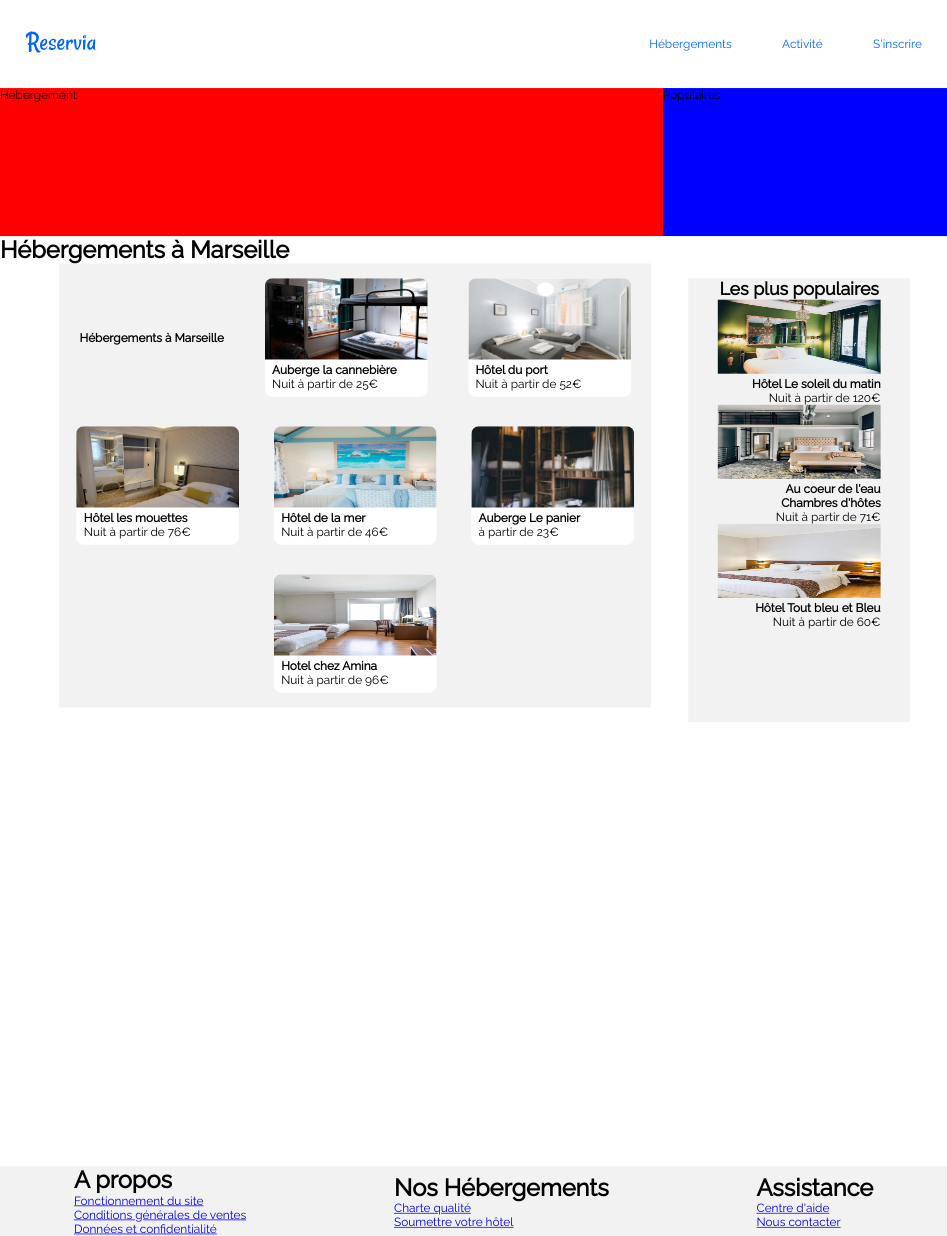
Repository: SoumareHarona/Soumaraharona_P2_18052021
Page: reservia.html
The author's editor kept a copy of each file at every save. The page is drawn from the files as they stood at one save, then again after the next save.
The browser window is 1280 px wide. The pictures show the whole page, at 74% of full size.

Above is the page before, as saved 2021-06-14 15:56:36.

### reservia.html
<!DOCTYPE html>
<html lang="fr">
    <head>
        <link rel="preconnect" href="https://fonts.gstatic.com">
        <link href="https://fonts.googleapis.com/css2?family=Raleway:wght@100&display=swap" rel="stylesheet">
        <meta charset="utf-8">
        <title>Réservia</title>
        <link rel="stylesheet" href="style.css">
        <link rel="icon" type="image/png" sizes="16x16" href="images/logo/Reservia@3x.png">
    </head>

    <body>
        <header>

            <nav class="navbar">
                <ul>
                    <li class="navbar-logo"><a href="#"><img class="logo" src="images/logo/Reservia.svg"></a></li>
                    <li class="=navbar-links"><a href="#">Hébergements</a></li>
                    <li class="navbar-links"><a href="#">Activité</a></li>
                    <li class="navbar-links"><a href="#">S'inscrire</a></li>
                </ul>
            </nav>

        </header>

        <div class="hebEtPop" style="display: flex;">
            <div class="heb" style="background-color: red;height: 200px;">Hebergement</div>
            <div class="pop" style="background-color: blue;height: 200px;">Populaires</div>
        </div>

        <div><h1>Hébergements à Marseille</h1></div>


            <div id="hebergements">
                <div class="titre"><p><b>Hébergements à Marseille</b></p></div>
                <div class="items">
                    <a href="#"><img class="mosaique" src="images/hebergements/4_small/marcus-loke-WQJvWU_HZFo-unsplash.jpg" alt="" ></a>
                    <p><b>Auberge la cannebière</b><br>Nuit à partir de 25€</p>
                </div>

                <div class="items">
                    <a href="#"><img class="mosaique" src="images/hebergements/4_small/fred-kleber-gTbaxaVLvsg-unsplash.jpg" alt="" ></a>
                    <p><b>Hôtel du port</b><br> Nuit à partir de 52€</p>
                </div>

                <div class="items">
                    <a href="#"><img class="mosaique" src="images/hebergements/4_small/reisetopia-B8WIgxA_PFU-unsplash.jpg" alt="" ></a>
                    <p><b>Hôtel les mouettes</b><br>Nuit à partir de 76€</p>
                </div>

                <div class="items">
                    <a href="#"><img class="mosaique" src="images/hebergements/4_small/annie-spratt-Eg1qcIitAuA-unsplash.jpg" alt="" ></a>
                    <p><b>Hôtel de la mer</b> <br> Nuit à partir de 46€</p>
                </div>

                <div class="items">
                    <a href="#"><img class="mosaique" src="images/hebergements/4_small/nicate-lee-kT-ZyaiwBe0-unsplash.jpg" alt=""  ></a>
                    <p><b>Auberge Le panier</b><br> à partir de 23€</p>
                </div>

                <div class="items">
                    <a href="#"><img class="mosaique" src="images/hebergements/4_small/febrian-zakaria-M6S1WvfW68A-unsplash.jpg" alt="" ></a>
                    <p><b>Hotel chez Amina</b><br> Nuit à partir de 96€</p>
                </div>
            </div>

            <aside>
                <h2>Les plus populaires</h2>
                <div class="item-aside">
                    <a href="#"><img src="images/hebergements/4_small/emile-guillemot-Bj_rcSC5XfE-unsplash.jpg" alt="" height="100" width="220"></a>
                    <p><b>Hôtel Le soleil du matin</b><br>Nuit à partir de 120€</p>
                </div>

                <div class="item-aside">
                    <a href="#"><img src="images/hebergements/4_small/aw-creative-VGs8z60yT2c-unsplash.jpg" alt="" height="100" width="220"></a>
                    <p><b>Au coeur de l'eau</b><br><b>Chambres d'hôtes</b><br>Nuit à partir de 71€</p>
                </div>

                <div class="item-aside">
                    <a href="#"><img src="images/hebergements/4_small/febrian-zakaria-sjvU0THccQA-unsplash.jpg" alt="" height="100" width="220"></a>
                    <p><b>Hôtel Tout bleu et Bleu</b><br>Nuit à partir de 60€</p>
                </div>
        </aside>

        <footer>
            <div id="footer">
                <div class="item-footer">
                    <h1>A propos</h1>
                    <ul>
                        <li><a href="#">Fonctionnement du site</a></li>
                        <li><a href="#">Conditions générales de ventes</a></li>
                        <li><a href="#">Données et confidentialité</a></li>
                    </ul>
                </div>

                <div class="item-footer">
                    <h1>Nos Hébergements</h1>
                    <ul>
                        <li><a href="#">Charte qualité</a></li>
                        <li><a href="#">Soumettre votre hôtel</a></li>
                    </ul>
                </div>

                <div class="item-footer">
                    <h1>Assistance</h1>
                    <ul>
                        <li><a href="#">Centre d'aide</a></li>
                        <li><a href="#">Nous contacter</a></li>
                    </ul>
                </div>
            </div>
        </footer>
    </body>
</html>

### style.css
@import url("https://fonts.googleapis.com/css2?family=Raleway&display=swap");

* {
  margin: 0;
  padding: 0;
  box-sizing: border-box;
  font-family: "Raleway";
}
.navbar ul {
  display: flex;
  width: 100%;
  align-items: center;
  background-color: white;
}

.navbar li {
  list-style-type: none;
  padding: 1.5rem;
  margin: 10px;
}

.navbar a {
  text-decoration: none;
  color: #0065fc;
}
.navbar-logo {
  flex: 1;
  font-size: 1.5rem;
  user-select: none;
}

.navbar-links : :hover {
  background-color: #deebff;
}

.titre {
  display: flex;
  justify-content: flex-start;
  margin: 0;
}
#hebergements {
  display: flex;
  flex-wrap: wrap;
  justify-content: space-around;
  max-width: 800px;
  width: 80%;
  background-color: #f2f2f2;
  margin-left: 80px;
  align-items: center;
  height: 600px;
  border: 30px;
}

.items {
  width: 220px;
  height: 160px;
  background-color: white;
  border-radius: 10px;
  align-items: center;
  border: 20px;
}
.items img {
  width: 220px;
  height: 110px;
  border-top-left-radius: 10px;
  border-top-right-radius: 10px;
}

.items p {
  margin-left: 10px;
}

aside {
  display: flex;
  flex-direction: column;
  float: right;
  height: 600px;
  width: 300px;
  text-align: right;
  margin-top: 20px;
  background-color: #f2f2f2;
  position: relative;
  top: -600px;
  margin-right: 50px;
  align-items: center;
}

.item-footer ul {
  list-style-type: none;
}

.item-footer li {
  align-items: center;
}
#footer {
  display: flex;
  justify-content: space-around;
  flex-wrap: wrap;
  align-items: center;
  background-color: #f2f2f2;
  max-width: 1400px;
  width: 100%;
}

.hebEtPop {
  display: flex;
  flex-wrap: wrap;
}

.heb {
  width: 70%;
}
.pop {
  width: 30%;
}

/* tablet */
@media screen and (min-width: 768px) and (max-width: 1023px) {
  .heb {
    order: 2;
    width: 100%;
  }
  .pop {
    order: 1;
    width: 100%;
  }
}

/* mobile */
@media screen and (max-width: 767px) {
}

/*
@media (max-width: 600px) {
        .navbar ul {
            flex-wrap: wrap;
        }
        .navbar-links {
            width: 100%;
            text-align: center;
        }
        .aside {
            display: flex;
            flex-direction: row;
            width: 100%;

        }

} */

After the next save:
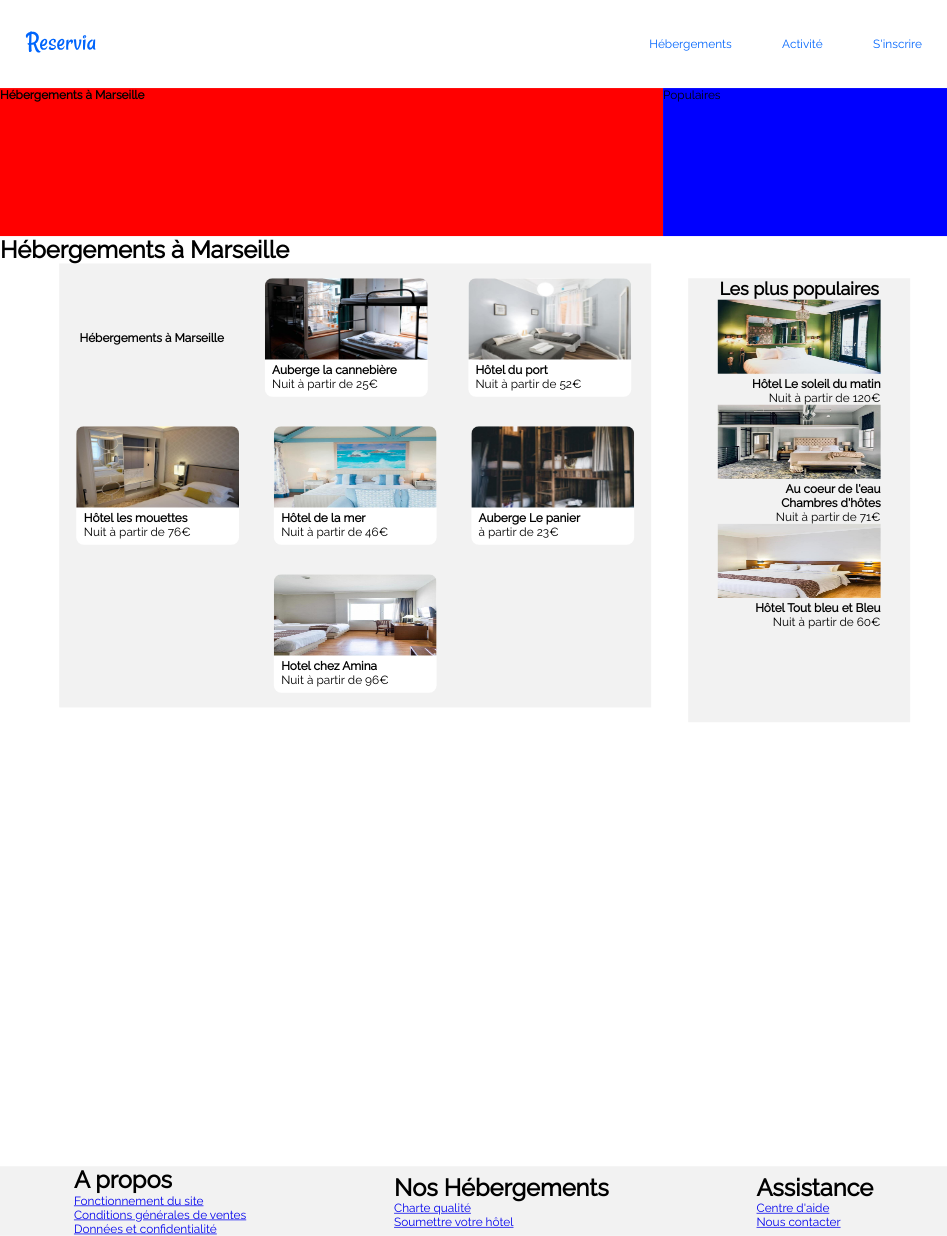
Saved 2 min 20 s later.
--- a/reservia.html
+++ b/reservia.html
@@ -24,7 +24,9 @@
         </header>
 
         <div class="hebEtPop" style="display: flex;">
-            <div class="heb" style="background-color: red;height: 200px;">Hebergement</div>
+            <div class="heb" style="background-color: red;height: 200px;">
+                <div class="titre"><p><b>Hébergements à Marseille</b></p></div>
+            </div>
             <div class="pop" style="background-color: blue;height: 200px;">Populaires</div>
         </div>
 
